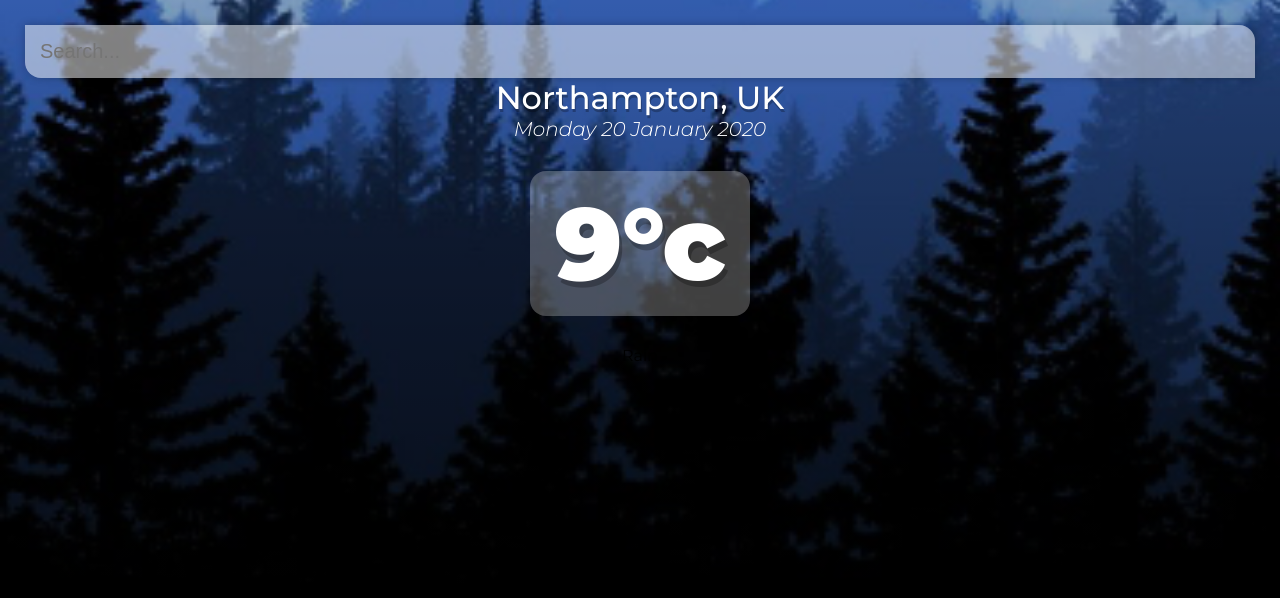
Repository: AbApin/vue-simple-weather-app
Page: /
The author's editor kept a copy of each file at every save. The page is drawn from the files as they stood at one save, then again after the next save.
The browser window is 1280 px wide. The pictures show the whole page.
The project was rebuilt for these pictures with package versions that can differ from the ones it lists, and the page was loaded fresh each time. Also part of the build but not shown: vue.config.js.

Above is the page before, as saved 2022-11-24 12:21:33.

After the next save:
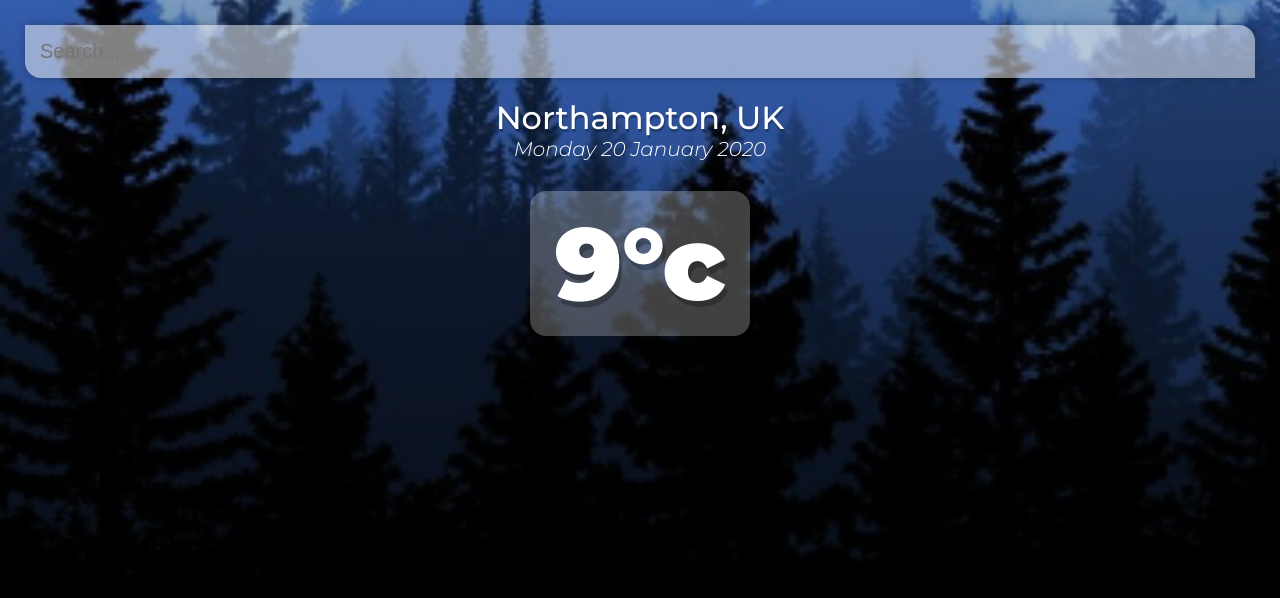
Saved 5 s later.
--- a/src/App.vue
+++ b/src/App.vue
@@ -80,8 +80,8 @@ main {
   font-style: italic;
   text-align: center;
 }
-.weather-wrap{
-  mat
+.weather-wrap {
+  margin-top: 20px;
 }
 .weather-box {
   text-align: center;
